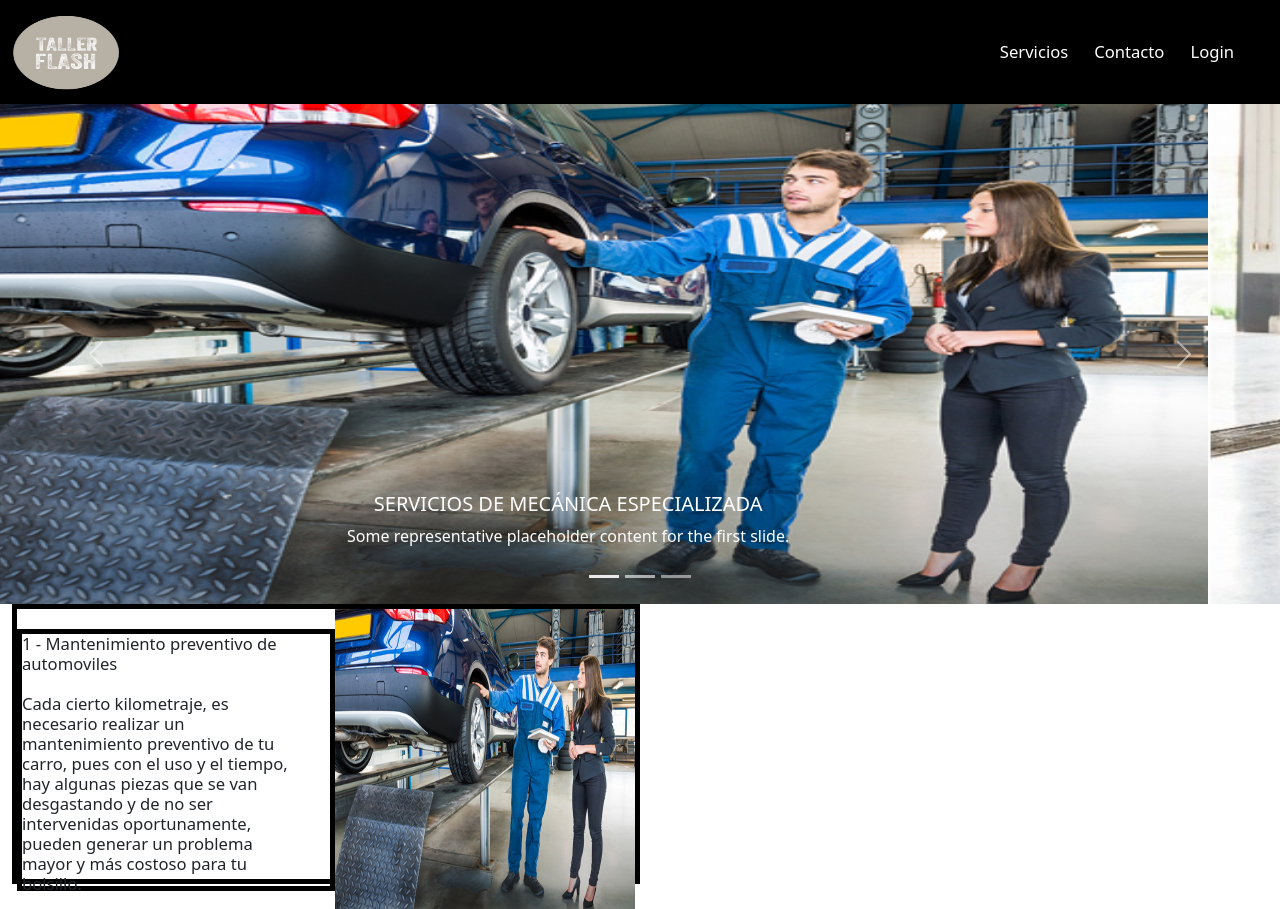
Repository: nder1996/Boostrap.Taller.Arquitectura
Page: Index.html
These files come from the project's save history. The page is drawn as it stood at one moment and after the next save; the edit follows.
The browser window is 1280 px wide. The pictures show the whole page.

Above is the page before, as saved 2021-07-23 06:34:27.

### Index.html
<!DOCTYPE html>
<html lang="en">

<head>
	<meta charset="UTF-8">
	<meta name="viewport" content="width=device-width, initial-scale=1.0">
	<link rel="shortcut icon" href="img/Logo.png">
	<link href="https://cdn.jsdelivr.net/npm/bootstrap@5.0.2/dist/css/bootstrap.min.css" rel="stylesheet"
		integrity="sha384-EVSTQN3/azprG1Anm3QDgpJLIm9Nao0Yz1ztcQTwFspd3yD65VohhpuuCOmLASjC" crossorigin="anonymous">
	<link rel="stylesheet" href="https://cdnjs.cloudflare.com/ajax/libs/font-awesome/5.15.3/css/all.min.css"
		integrity="sha512-iBBXm8fW90+nuLcSKlbmrPcLa0OT92xO1BIsZ+ywDWZCvqsWgccV3gFoRBv0z+8dLJgyAHIhR35VZc2oM/gI1w=="
		crossorigin="anonymous" referrerpolicy="no-referrer" />
	<link rel="stylesheet" href="css/style.css">
	<title>Taller Automotriz</title>
</head>

<body>

	<nav class="navbar navbar-expand-lg navbar-light">
		<div class="container-fluid">
			<a class="navbar-brand" href="#"><img src="img/Logo.png" alt="" style='width: 110px; height: 78px;'></a>
			<button class="navbar-toggler" type="button" data-bs-toggle="collapse" data-bs-target="#navbarNav"
				aria-controls="navbarNav" aria-expanded="false" aria-label="Toggle navigation">
				<span class="navbar-toggler-icon"></span>
			</button>
			<div class="collapse navbar-collapse" id="navbarNav">
				<ul class="navbar-nav ms-auto">
					<li class="nav-item">
						<a class="nav-link active" aria-current="page" href="#">Servicios</a>
					</li>
					<li class="nav-item">
						<a class="nav-link" href="#">Contacto</a>
					</li>
					<li class="nav-item">
						<a class="nav-link" href="#">Login</a>
					</li>
				</ul>
			</div>
		</div>
	</nav>
	<div id="carouselExampleCaptions" class="carousel slide" data-bs-ride="carousel">
		<div class="carousel-indicators">
			<button type="button" data-bs-target="#carouselExampleCaptions" data-bs-slide-to="0" class="active"
				aria-current="true" aria-label="Slide 1"></button>
			<button type="button" data-bs-target="#carouselExampleCaptions" data-bs-slide-to="1"
				aria-label="Slide 2"></button>
			<button type="button" data-bs-target="#carouselExampleCaptions" data-bs-slide-to="2"
				aria-label="Slide 3"></button>
		</div>
		<div class="carousel-inner">
			<div class="carousel-item active">
				<img src="img/Mantenimiento_1.jpg" class="d-block w-100" alt="...">
				<div class="carousel-caption d-none d-md-block">
					<h5>SERVICIOS DE MECÁNICA
						ESPECIALIZADA</h5>
					<p>Some representative placeholder content for the first slide.</p>
				</div>
			</div>
			<div class="carousel-item">
				<img src="img/Mantenimiento_3.png" class="d-block w-100" alt="...">
				<div class="carousel-caption d-none d-md-block">
					<h5>SERVICIOS DE MECÁNICA
						ESPECIALIZADA</h5>
					<p>Some representative placeholder content for the second slide.</p>
				</div>
			</div>
			<div class="carousel-item">
				<img src="img/Mantenimiento_2.png" class="d-block w-100" alt="...">
				<div class="carousel-caption d-none d-md-block">
					<h5>Third slide label</h5>
					<p>Some representative placeholder content for the third slide.</p>
				</div>
			</div>
		</div>
		<button class="carousel-control-prev" type="button" data-bs-target="#carouselExampleCaptions"
			data-bs-slide="prev">
			<span class="carousel-control-prev-icon" aria-hidden="true"></span>
			<span class="visually-hidden">Previous</span>
		</button>
		<button class="carousel-control-next" type="button" data-bs-target="#carouselExampleCaptions"
			data-bs-slide="next">
			<span class="carousel-control-next-icon" aria-hidden="true"></span>
			<span class="visually-hidden">Next</span>
		</button>
	</div>


	<div class="Servicios container-fluid">
		<div class="Servicio" id="Servicio_1">
			<br> <br>
				<h1>1 - Mantenimiento preventivo de automoviles <br> <br>
					<p>
						Cada cierto kilometraje, es necesario realizar un mantenimiento preventivo de tu carro, pues con
						el uso
						y el tiempo, hay algunas piezas que se van desgastando y de no ser intervenidas oportunamente,
						pueden
						generar un problema mayor y más costoso para tu bolsillo.
					</p>
				</h1>
				<br>
				<img src="img/Mantenimiento_1.jpg" alt="" width="300px" height="300px">



	<!--	<button>Más Información</button>
-->



		</div>


	</div>
	<!--
		<div><img src="img/Mantenimiento_2.png" alt="" width="300px" height="300px"></div>
		<div><img src="img/Mantenimiento_3.png" alt="" width="300px" height="300px"></div>
		<div><img src="img/Mantenimiento_4.png" alt="" width="300px" height="300px"></div>
		-->











	<script src="https://cdn.jsdelivr.net/npm/bootstrap@5.0.2/dist/js/bootstrap.bundle.min.js"
		integrity="sha384-MrcW6ZMFYlzcLA8Nl+NtUVF0sA7MsXsP1UyJoMp4YLEuNSfAP+JcXn/tWtIaxVXM" crossorigin="anonymous">
	</script>
	<script src="https://cdnjs.cloudflare.com/ajax/libs/jquery/3.6.0/jquery.min.js"
		integrity="sha512-894YE6QWD5I59HgZOGReFYm4dnWc1Qt5NtvYSaNcOP+u1T9qYdvdihz0PPSiiqn/+/3e7Jo4EaG7TubfWGUrMQ=="
		crossorigin="anonymous" referrerpolicy="no-referrer"></script>
</body>

</html>

### css/style.css
nav{
    background-color: black !important;
}

nav li{
    position:relative;
    margin-left: 10px;
    left:-10%;
}

nav li a{
    color:white !important;
    font-size: 1.3vw;
}

.carousel-inner{
    position:relative;
    width: 100%;
    height: 500px;
}

.carousel-item img{
    position:relative;
    width: 100%;
    height: 500px;
}

.Servicios{
    position:relative;

}

.Servicios .Servicio{
    display: flex;
    border:5px solid black;
    width: 50%;
    height: 280px;
}

.Servicios div h1{
    position:relative;
    border:5px solid black;
    text-align: left;
    font-size: 1.3vw;
    width: 60%;
    top:20px;
}

.Servicios div p{
    position:relative;
    width: 87%;
}

After the next save:
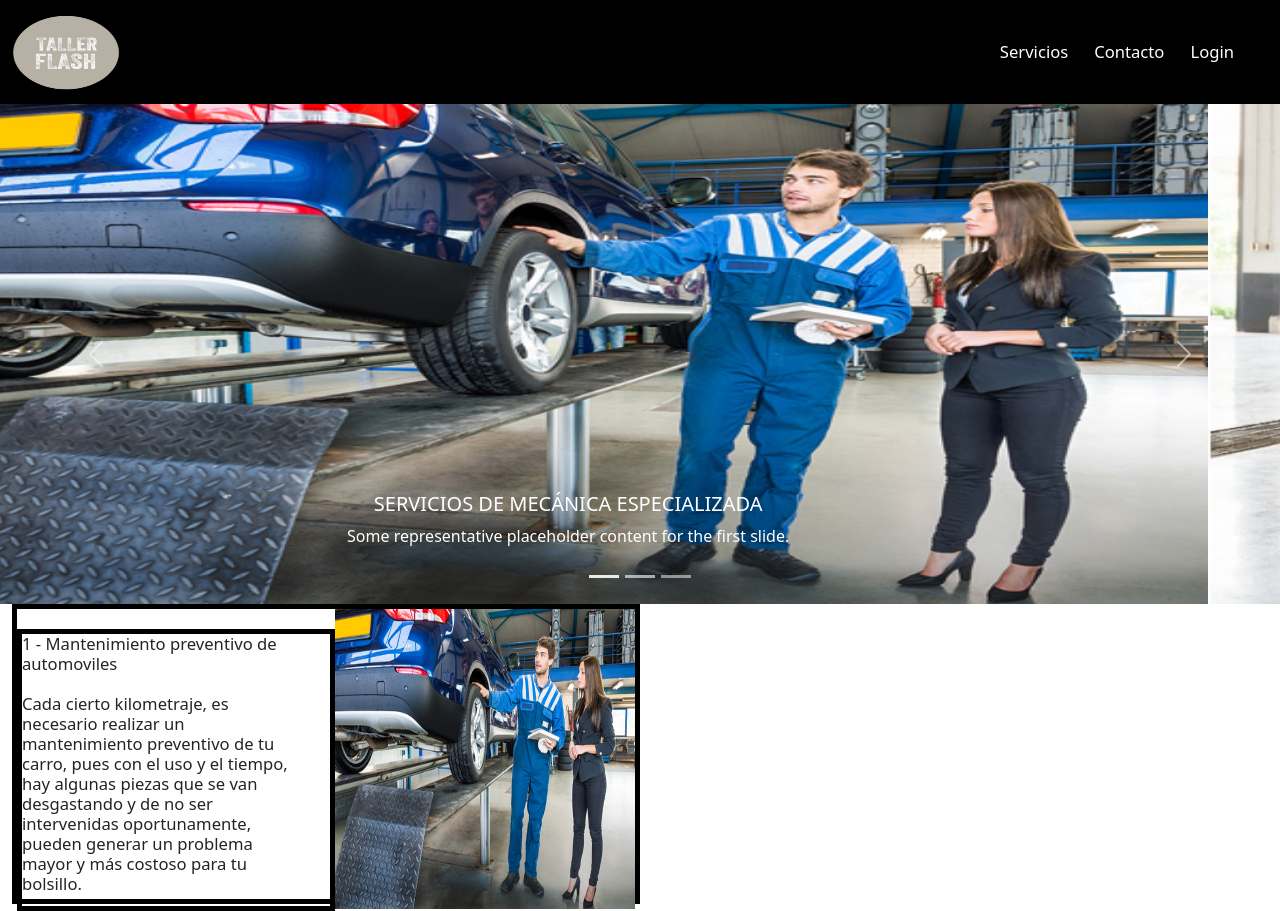
Saved 6 s later.
--- a/css/style.css
+++ b/css/style.css
@@ -34,7 +34,7 @@ nav li a{
     display: flex;
     border:5px solid black;
     width: 50%;
-    height: 280px;
+    height: 300px;
 }
 
 .Servicios div h1{
